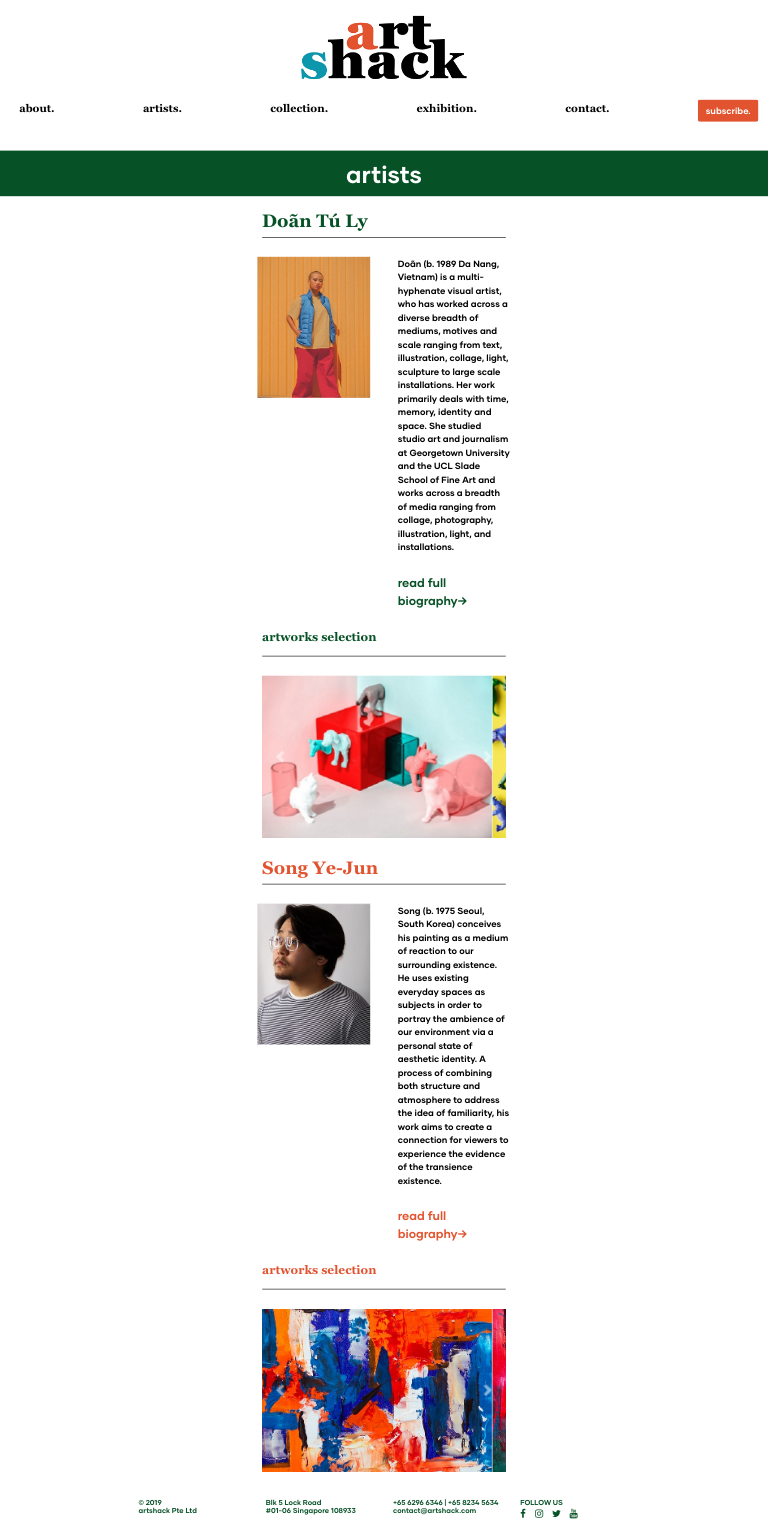
Repository: lynette-lyf/artshack
Page: artists.html
The author's editor kept a record of every edit. The page is drawn from the files as they stood at one moment, then again after the next edit.
The browser window is 1280 px wide. The page is 1295 px wide, so the pictures cover 1295 px, including what lies to the right of the window. The pictures show the whole page, at 60% of full size.

Above is the page before.
Not found: artists.css

After the next edit:
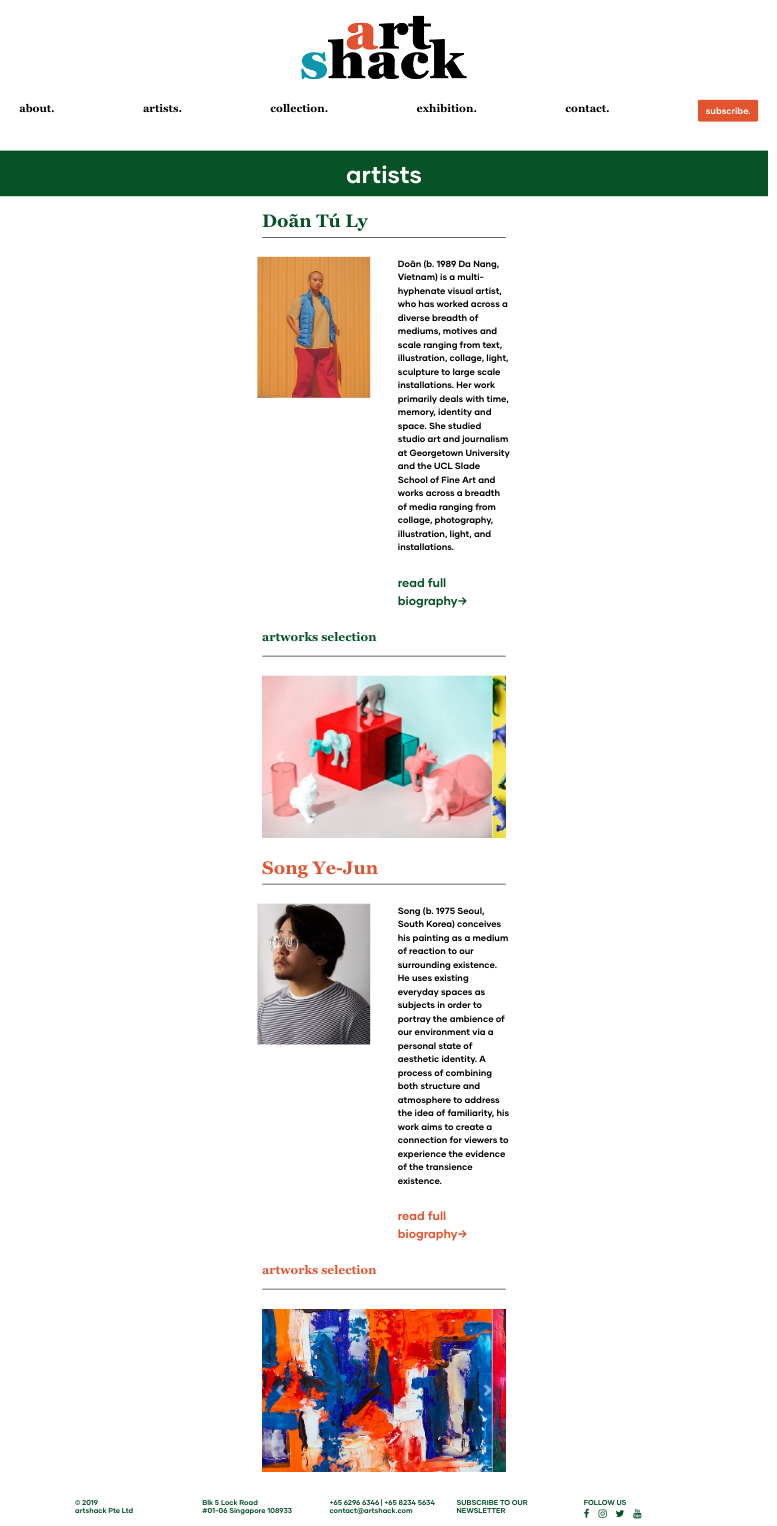
The edit:
--- a/artists.html
+++ b/artists.html
@@ -497,6 +497,10 @@
 <h3 class="contactinfo">+65 6296 6346  |  +65 8234 5634<br><a href="mailto:contact@artshack.com">contact@artshack.com</a></h3>
 </div>
 
+<div class="column col-xl-2 col-lg-2 col-md-3 col-sm-10 ">
+<h3 class="newsletter">SUBSCRIBE TO OUR NEWSLETTER</h3>
+</div>
+
 <div class="column col-xl-2 col-lg-2 col-md-3 col-sm-10 " id="socials">
 <h3 class="socials" style="padding: 0px; margin: 0px;">FOLLOW US</h3>
   <a style="margin-left:0px;" href="https://www.facebook.com"><i class="fa fa-facebook"></i></a>
